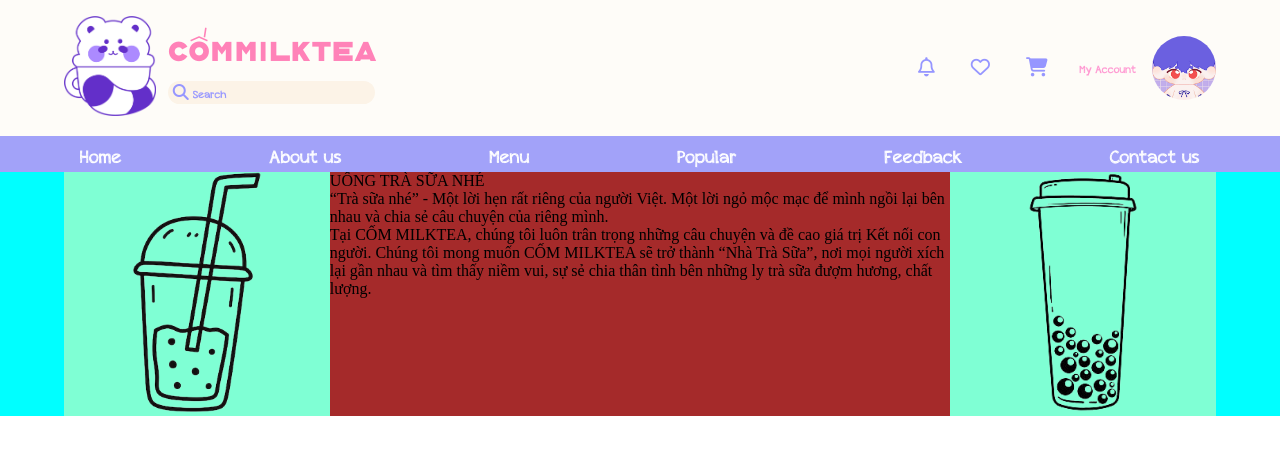
Repository: khangnguyencc/ComMilkTea
Page: HTML/ABOUTUS.html
The author's editor kept a copy of each file at every save. The page is drawn from the files as they stood at one save, then again after a run of saves.
The browser window is 1280 px wide. The pictures show the whole page.
Some web libraries are served in a nearby version.

Above is the page before, as saved 2023-11-10 22:18:16.
Console error: ReferenceError: AOS is not defined

### HTML/ABOUTUS.html
<!DOCTYPE html>
<html>
    <head>
        <!-- LINK CSS  -->
        <link rel="stylesheet" href="../CSS/ANIMATION.css">
        <link rel="stylesheet" href="../CSS/FONT.css">
        <link rel="icon" href="../IMAGES/cốm milktea logo.png" type="images/x-icon">
        <link rel="stylesheet" href="../CSS/HOME.css">
        <link rel="stylesheet" href="../CSS/ABOUTUS.css">
        <title>CỐM MILKTEA - ABOUT US</title>
        <!-- ICON SEARCH -->
        <link rel="stylesheet" href="https://cdnjs.cloudflare.com/ajax/libs/font-awesome/4.7.0/css/font-awesome.min.css">
        <!-- ICON CHUÔNG  -->
        <script src="https://kit.fontawesome.com/1d1d7d2471.js" crossorigin="anonymous"></script>
        <!-- ICON HEART -->
        <script src='https://kit.fontawesome.com/a076d05399.js' crossorigin='anonymous'></script>
        <!-- ICON CART  -->
        <link rel="stylesheet" href="https://cdnjs.cloudflare.com/ajax/libs/font-awesome/4.7.0/css/font-awesome.min.css">
        <!-- HEADER STICKY  -->
        <script src="https://code.jquery.com/jquery-3.7.0.js"></script>

    </head>

    <body>

        <!-- PHẦN HEADER CHO WEBSITE -->
        <header>
            <header class="header-1">
                <div class="main-header">
                    <!-- ĐÂY LÀ LOGO CỐM MILK TEA -->
                    <div class="main-img" >
                        <img src="../IMAGES/cốm milktea logo.png" alt="LOGO CỐM MILKTEA">
                    </div>

                    <!-- ĐÂY LÀ THẺ BỐ CHỨA TÊN THƯƠNG HIỆU VÀ INPUT  -->
                    <div class="main-text-full">
                        <div class="middle">
                        <!-- ĐÂY LÀ TEXT THƯƠNG HIỆU -->
                            <div class="main-text">
                                <p>CỐMMILKTEA</p>
                            </div>
                            <!-- ĐÂY LÀ THANH INPUT -->
                            <div class="main-input">
                                <i class="fa fa-search">
                                    <input type="text" placeholder="Search">
                                </i>
                            </div>
                        </div>
                    </div>

                    <!-- PHẦN ACCOUNT  -->
                    <div class="main-account">
                        <!-- 3 ICON  -->
                        <div class="main-icon">
                            <!-- ICON CHUÔNG  -->
                            <i class='cl-hea far fa-bell'></i>
                            <!-- ICON TRÁI TIM -->
                            <i class='cl-hea far fa-heart'></i>
                            <!-- ICON GIỎ HÀNG -->
                            <i class="cl-hea fa fa-shopping-cart"></i>
                        </div>

                        <!-- MY ACCOUNT -->
                        <div class="main-account-1">
                            <p>My Account</p>
                            <!-- HÌNH ẢNH ACOUNT -->
                            <img src="../IMAGES/My Acount.png" alt="My Acount">
                        </div>
                    </div>
                </div>
            </header>

            <!-- Nội dung 1: MENU  -->
            <section class="sec-1">

                <article class="ar-1">

                    <nav class="main-menu">
                        <ul>
                            <!-- HOME -->
                            <li>
                                <a class="menu-task" href="#">Home</a>
                            </li>
                            <!-- ABOUT US  -->
                            <li>
                                <a class="menu-task" href="#">About us</a>
                            </li>
                            <!-- MENU  -->
                            <li>
                                <a class="menu-task" href="#">Menu</a>
                            </li>
                            <!-- POPULAR  -->
                            <li>
                                <a class="menu-task" href="#">Popular</a>
                            </li>
                            <!-- FEDDBACK  -->
                            <li>
                                <a class="menu-task" href="#">Feedback</a>
                            </li>
                            <!-- Contact us  -->
                            <li>
                                <a class="menu-task" href="#">Contact us</a>
                            </li>
                        </ul>
                    </nav>
                </article>
            </section>
        </header>

        <!-- NỘI DUNG 9: MÌNH TRÀ SỮA NHÉ  -->
        <section class="sec-9">

            <article class="ar-9">

                <div class="milktea-drink">

                    <div class="milktea-img">
                        <img src="../IMAGES/milktea1_crop.png" alt="MILK TEA IMAGE">
                    </div>

                    <div class="text-milktea">
                        <p>UỐNG TRÀ SỮA NHÉ</p>
                        <div class="row-drink"></div>
                        <p>“Trà sữa nhé” - Một lời hẹn rất riêng của người Việt. Một lời ngỏ mộc mạc để mình ngồi lại bên nhau và chia sẻ câu chuyện của riêng mình.</p>
                        <p>Tại CỐM MILKTEA, chúng tôi luôn trân trọng những câu chuyện và đề cao giá trị Kết nối con người. Chúng tôi mong muốn CỐM MILKTEA sẽ trở thành “Nhà Trà Sữa”, nơi mọi người xích lại gần nhau và tìm thấy niềm vui, sự sẻ chia thân tình bên những ly trà sữa đượm hương, chất lượng.</p>
                    </div>

                    <div class="milktea-img">
                        <img src="../IMAGES/milktea2_crop.png" alt="MILK TEA IMAGE">
                    </div>

                </div>




            </article>


        </section>






    <!-- Javascript -->
    <script>
        //Hiệu ứng sticky
        $(document).ready(function () {
            $(window).scroll(function () {
                if ($(this).scrollTop()) {
                    $('header').addClass('sticky');
                }
                else {
                    $('header').removeClass('sticky');
                }
            });
        });

        //Hiệu ứng con số
        $(document).ready(function(){
        $('.num').counterUp({
            delay: 15,
            time: 1200
        });
        });

        //Hiệu ứng fadein
        AOS.init();
    </script>


    </body>
</html>

### CSS/ANIMATION.css
@keyframes go {
    0%{
        transform: translateY(0);
    }
    50%{
        transform: translateY(2px);
    }
    100%{
        transform: translateY(0);
    }
}
/* Animation */
@keyframes animated {
    0%{
        transform: scale(1);
    }
    100%{
        transform: scale(1.1);
    }
}

### CSS/FONT.css
@font-face {
    font-family: ClassiqueSaigon;
    src: url(../FONTS/ClassiqueSaigon\ Full.otf);
}

@font-face {
    font-family: BRITANIC;
    src: url(../FONTS/BRITANIC.ttf);
}

@font-face {
    font-family: SVN-Appleberry;
    src: url(../FONTS/SVN-Appleberry.ttf);
}

### CSS/ABOUTUS.css
*{
    margin: 0;
    padding: 0;
}

/* <!-- NỘI DUNG 9: MÌNH TRÀ SỮA NHÉ  --> */
.sec-9{
    width: 100%;
    background-color: aqua;
}
.sec-9 .ar-9{
    width: 90%;
    margin: 0 auto;
    background-color: brown;
}
.sec-9 .ar-9 .milktea-drink{
    display: flex;
    justify-content: space-between;
}
/* CSS CHO ẢNH  */
.sec-9 .ar-9 .milktea-drink .milktea-img{
    width: calc(30%);
    background-color: aquamarine;
    text-align: center;
}
.sec-9 .ar-9 .milktea-drink .milktea-img img{
    width: 10rem;
    height: 15rem;
    object-fit: contain;
}
/* CSS CHO CHỮ  */
.sec-9 .ar-9 .milktea-drink .text-milktea{
    width: 70%;
}
.sec-9 .ar-9 .milktea-drink .text-milktea p{
    color: ;
}

Loaded but not shown: CSS/HOME.css (866 lines, source omitted)

After the next 2 saves:
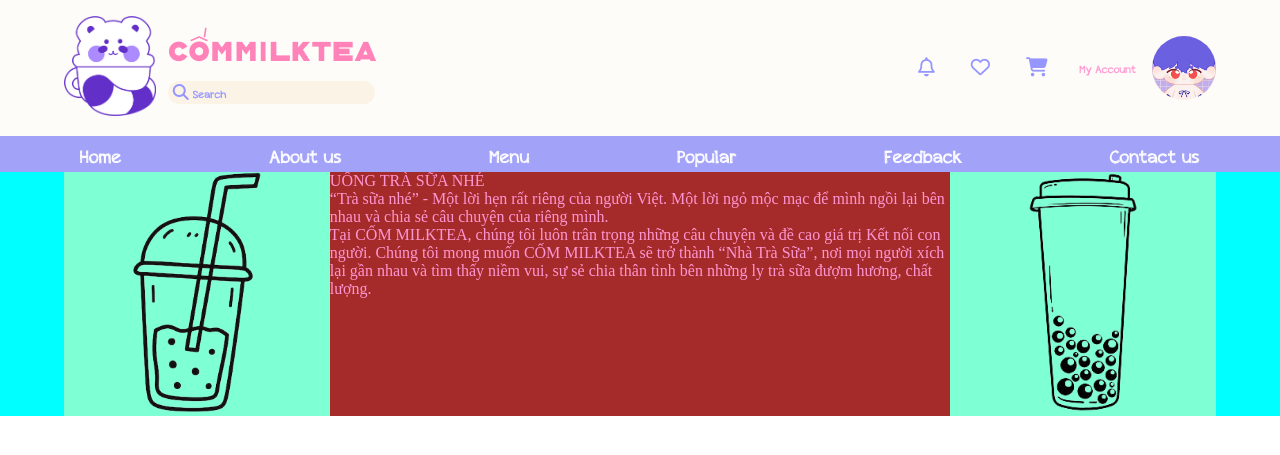
The 2 saves are shown as one change because they came seconds apart.
The last was saved 17 s later.
--- a/CSS/ABOUTUS.css
+++ b/CSS/ABOUTUS.css
@@ -33,5 +33,6 @@
     width: 70%;
 }
 .sec-9 .ar-9 .milktea-drink .text-milktea p{
-    color: ;
+    color: #FF96D1;
+    font-family: ;
 }
